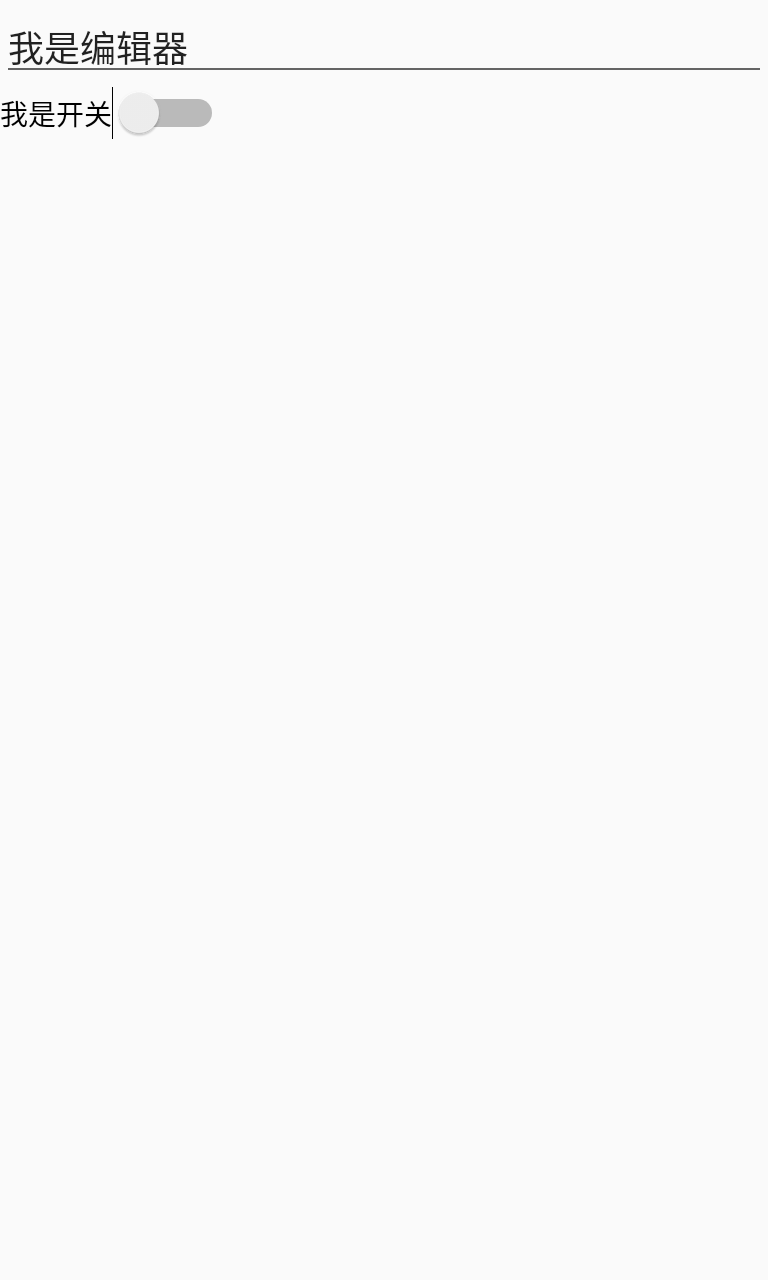
Repository: BingoBinBingo/androidWorkPlace
Layout: firstAndroid/res/layout/activity_main.xml
The author's editor kept a copy of each file at every save. The layout is drawn from the files as they stood at one save, then again after the next save.
It is drawn on a 768 x 1280 px phone screen (xhdpi) without system bars, with theme AppTheme; the app's code is not run. Lists and similar views that code fills are empty.

Above is the layout before, as saved 2015-08-26 09:31:59.

### firstAndroid/res/layout/activity_main.xml
<?xml version="1.0" encoding="utf-8"?>
<LinearLayout xmlns:android="http://schemas.android.com/apk/res/android"
    android:layout_width="match_parent"
    android:layout_height="match_parent"
    android:orientation="vertical" >

    <EditText
        android:id="@+id/myEdit"
        android:text="@string/editTextContent"
        android:layout_height="wrap_content"
        android:layout_width="match_parent"
        android:inputType="text"
        />
	<Switch
	    android:id="@+id/mySwi"
	    android:layout_height="wrap_content"
	    android:layout_width="wrap_content"
	    android:text="我是开关"
	    />
	<ListView
	    android:id="@+id/myList"
	    android:layout_width="match_parent"
	    android:layout_height="wrap_content"
	    android:entries="@"

	    />

</LinearLayout>

### firstAndroid/res/values/strings.xml
<?xml version="1.0" encoding="utf-8"?>
<resources>
    <string name="app_name">firstAndroid</string>
    <string name="hello_world">Hello world!  --- To Chen huan huan</string>
    <string name="action_settings">Settings</string>
    <string name="huangbinbtn">黄彬的按钮</string>
    <string name="editTextContent">我是编辑器</string>
</resources>

### firstAndroid/res/values/arrays.xml
<?xml version="1.0" encoding="utf-8"?>
<resources>
	<string-array name = "books" >
		<item>疯狂Java讲义</item>
		<item>疯狂Ajax讲义</item>
		<item>疯狂XML讲义</item>
		<item>疯狂Android讲义</item>
	</string-array>
</resources>

Loaded but not shown: firstAndroid/res/values/styles.xml (common file); firstAndroid/res/values-v11/styles.xml (common file); firstAndroid/res/values-v14/styles.xml (common file)

After the next save:
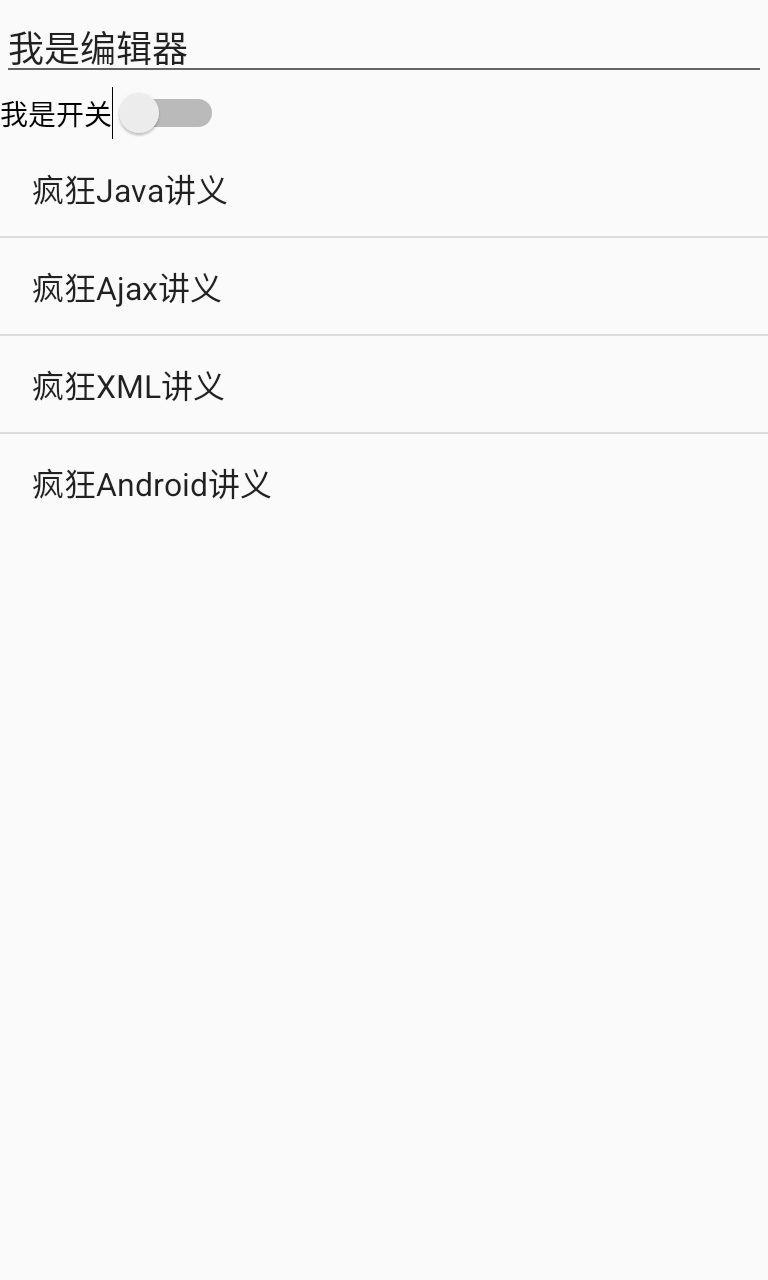
Saved 13 s later.
--- a/firstAndroid/res/layout/activity_main.xml
+++ b/firstAndroid/res/layout/activity_main.xml
@@ -21,7 +21,7 @@
 	    android:id="@+id/myList"
 	    android:layout_width="match_parent"
 	    android:layout_height="wrap_content"
-	    android:entries="@"
+	    android:entries="@array/books"
 
 	    />
 
